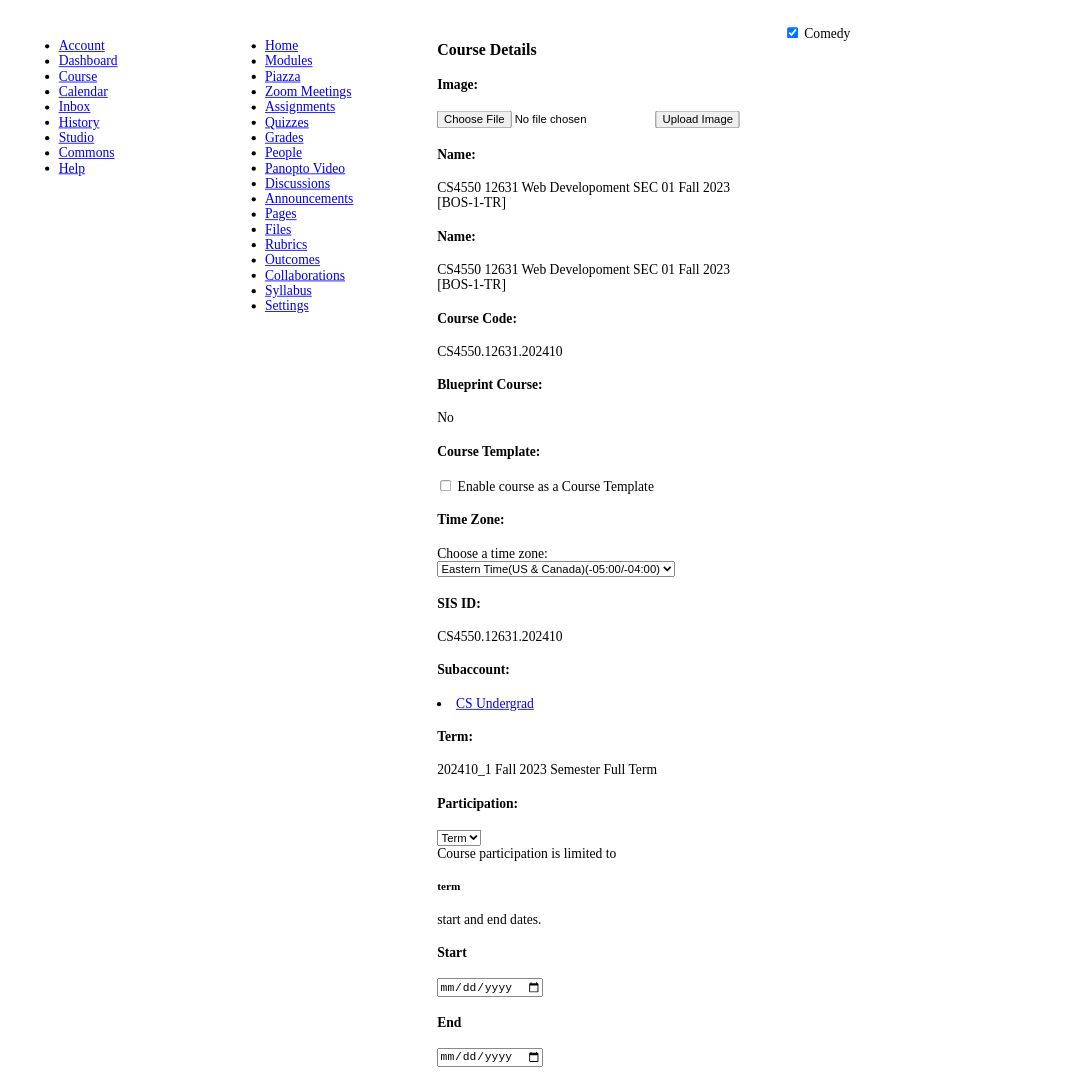
Repository: yuqiant/kanbas-react-web-app
Page: public/kanbas/coursesetting.html
An editor plug-in stored every save of this project. The page is shown before and after the next save, followed by the edit.
The browser window is 1280 px wide. The pictures show the whole page, at 85% of full size.

Above is the page before, as saved 2023-09-16 15:43:14.

### public/kanbas/coursesetting.html
<!DOCTYPE html>
<html lang="en">

<head>
    <meta charset="UTF-8">
    <meta name="viewport" content="width=device-width, initial-scale=1.0">
    <title>Column Interaction</title>
    <style>
        table {
            width: 100%;
            border-collapse: collapse;
        }

        td {
            width: 50%;
            border: 1px solid transparent;
            padding: 20px;
            vertical-align: top;
        }
    </style>
</head>

<body>
    <table>
        <tr>
            <td id="firstColumn" style="width: 150px;">
                <ul>
                    <li><a href="#">Account</a></li>
                    <li><a href="#">Dashboard</a></li>
                    <li><a href="#" onclick="showSecondColumn()">Course</a></li>
                    <li><a href="#">Calendar</a></li>
                    <li><a href="#">Inbox</a></li>
                    <li><a href="#">History</a></li>
                    <li><a href="#">Studio</a></li>
                    <li><a href="#">Commons</a></li>
                    <li><a href="#">Help</a></li>
                </ul>
            </td>
            <td id="secondColumn" style="width: 150px;">
                <ul>
                    <li><a href="#">Home</a></li>
                    <li><a href="#">Modules</a></li>
                    <li><a href="#">Piazza</a></li>
                    <li><a href="#">Zoom Meetings</a></li>
                    <li><a href="#">Assignments</a></li>
                    <li><a href="#">Quizzes</a></li>
                    <li><a href="#">Grades</a></li>
                    <li><a href="#">People</a></li>
                    <li><a href="#">Panopto Video</a></li>
                    <li><a href="#">Discussions</a></li>
                    <li><a href="#">Announcements</a></li>
                    <li><a href="#">Pages</a></li>
                    <li><a href="#">Files</a></li>
                    <li><a href="#">Rubrics</a></li>
                    <li><a href="#">Outcomes</a></li>
                    <li><a href="#">Collaborations</a></li>
                    <li><a href="#">Syllabus</a></li>
                    <li><a href="#">Settings</a></li>
                </ul>
            </td>
            <td id="thirdColumn" style="width: 250px;">
                <h3>Course Details</h3>

                <h4>Image:</h4>
                <form action="/upload_endpoint" method="post" enctype="multipart/form-data">
                    <input type="file" name="fileToUpload" id="fileToUpload" accept="image/*">
                    <input type="submit" value="Upload Image">
                </form>

                <h4>Name:</h4>
                CS4550 12631 Web Developoment SEC 01 Fall 2023 [BOS-1-TR]

                <h4>Name:</h4>
                CS4550 12631 Web Developoment SEC 01 Fall 2023 [BOS-1-TR]

                <h4>Course Code:</h4>
                CS4550.12631.202410

                <h4>Blueprint Course:</h4> No

                <h4>Course Template:</h4>
                <form>
                    <label>
                        <input type="checkbox" name="templateChoice" value="template1"> Enable course as a Course
                        Template
                    </label>
                </form>

                <h4>Time Zone:</h4>
                <label for="timezone">Choose a time zone:</label>
                <select id="timezone" name="timezone">
                    <option value="EST">Eastern Time(US & Canada)(-05:00/-04:00)</option>

                </select>

                <h4>SIS ID:</h4>
                <div>CS4550.12631.202410</div>

                <h4>Subaccount:</h4>
                <li><a href="#">CS Undergrad</a></li>

                <h4>Term:</h4>
                <div>202410_1 Fall 2023 Semester Full Term</div>

                <h4>Participation:</h4>
                <select id="term" name="term">
                    <option value="Term">Term</option>
                </select>
                <div>Course participation is limited to <h5>term</h5> start and end dates.</div>
                <h4>Start</h4>
                <input type="date" id="text-fields-dob" /><br />

                <h4>End</h4>
                <input type="date" id="text-fields-dob" /><br />

            </td>
            <td id="fourthColumn" style="width: 250px;">
                <input type="checkbox" value="COMEDY" name="check-genre" id="chkbox-comedy" checked />
                <label for="chkbox-comedy">Comedy</label> <br />






            </td>
        </tr>
    </table>

</body>

</html>

After the next save:
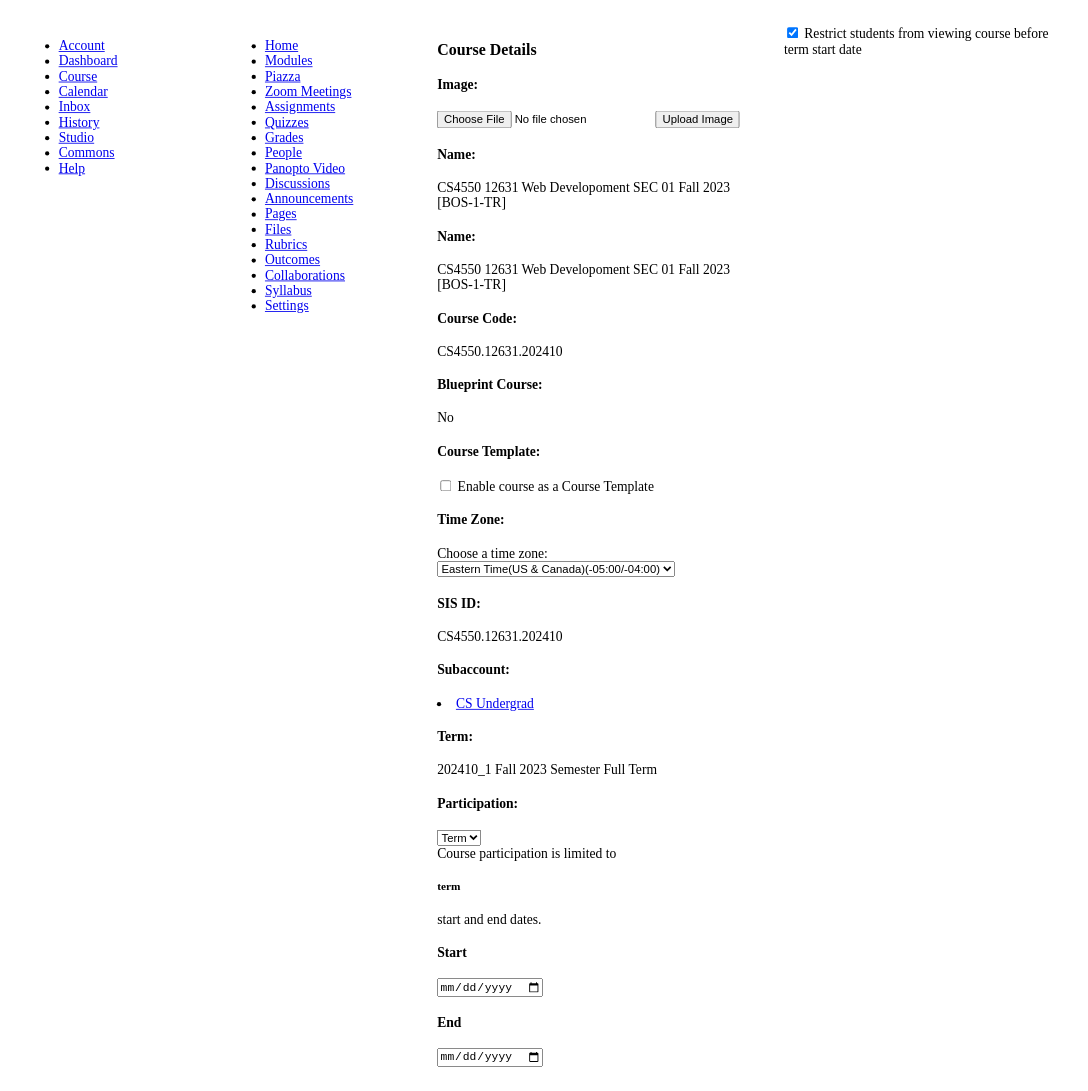
Saved 65 s later.
--- a/public/kanbas/coursesetting.html
+++ b/public/kanbas/coursesetting.html
@@ -115,8 +115,9 @@
 
             </td>
             <td id="fourthColumn" style="width: 250px;">
-                <input type="checkbox" value="COMEDY" name="check-genre" id="chkbox-comedy" checked />
-                <label for="chkbox-comedy">Comedy</label> <br />
+                <input type="checkbox" value="startdate" name="check-date" id="chkbox-startdate" checked />
+                <label for="chkbox-startdate">Restrict students from viewing course before term start date</label>
+                <br />
 
 
 
